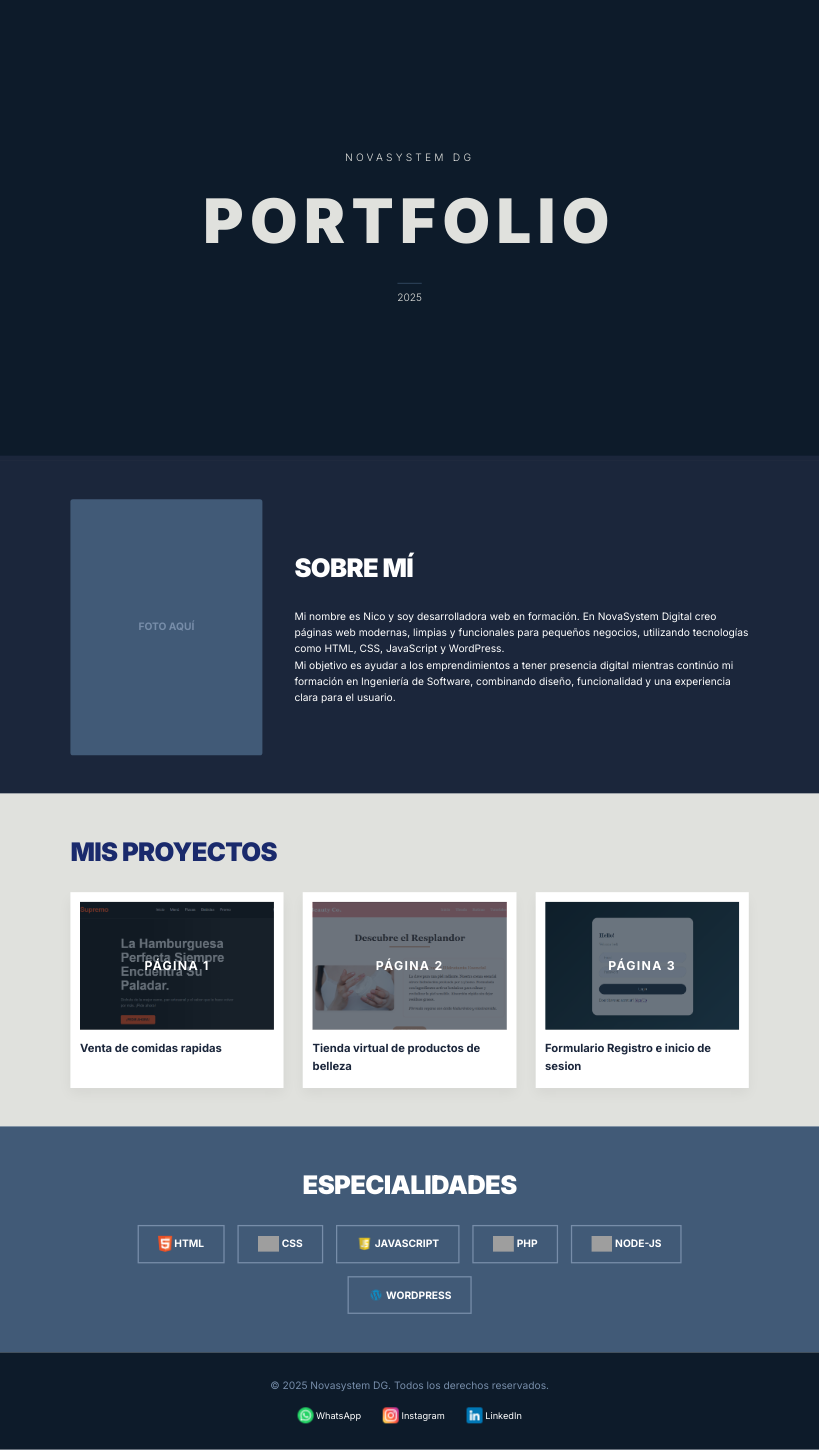
Repository: NovaSystem-DG/Portafolio
Page: index.html
The author's editor kept a copy of each file at every save. The page is drawn from the files as they stood at one save, then again after the next save.
The browser window is 1280 px wide. The pictures show the whole page, at 64% of full size.
Pictures or frames that could not be fetched are drawn as grey boxes.

Above is the page before, as saved 2025-12-20 22:52:16.

### index.html
<!DOCTYPE html>
<html lang="es">

<head>
    <meta charset="UTF-8">
    <meta name="viewport" content="width=device-width, initial-scale=1.0">
    <title>Novasystem DG | Portafolio</title>
    <link rel="stylesheet" href="style.css">
    <link href="https://fonts.googleapis.com/css2?family=Inter:wght@300;400;700;900&display=swap" rel="stylesheet">
</head>

<body>

    <header class="hero-section">
        <div class="header-content">
            <span class="company-name">NOVASYSTEM DG</span>
            <h1>PORTFOLIO</h1>
            <div class="year-range">2025</div>
        </div>
    </header>

    <section class="about-section">
        <div class="container about-flex">
            <div class="photo-placeholder">
                <span>FOTO AQUÍ</span>
            </div>
            <div class="about-text">
                <h2>SOBRE MÍ</h2>
                <p>Mi nombre es Nico y soy desarrolladora web en formación.
                    En NovaSystem Digital creo páginas web modernas, limpias y funcionales para pequeños negocios,
                    utilizando tecnologías como HTML, CSS, JavaScript y WordPress.
                    <br>
                    Mi objetivo es ayudar a los emprendimientos a tener presencia digital mientras continúo mi formación
                    en Ingeniería de Software, combinando diseño, funcionalidad y una experiencia clara para el usuario.
                </p>
            </div>
        </div>
    </section>

    <section class="projects-section">
        <div class="container">
            <h2>MIS PROYECTOS</h2>
            <div class="projects-grid">
                <div class="projects-grid">
                    <a href="https://novasystem-dg.github.io/Restaurante-web/" class="project-card" target="_blank">
                        <div class="project-img-container">
                            <img src="assets/img/Comida.png" alt="Vista previa proyecto 1" class="project-img">
                            <div class="project-overlay">
                                <span>Página 1</span>
                            </div>
                        </div>
                        <h3>Venta de comidas rapidas</h3>
                    </a>

                    <a href="https://novasystem-dg.github.io/tienda-online/" class="project-card" target="_blank">
                        <div class="project-img-container">
                            <img src="assets/img/Belleza.png" alt="Vista previa proyecto 2" class="project-img">
                            <div class="project-overlay">
                                <span>Página 2</span>
                            </div>
                        </div>
                        <h3>Tienda virtual de productos de belleza</h3>
                    </a>

                    <a href="http://formulario-basico.free.nf/?i=1" class="project-card" target="_blank">
                        <div class="project-img-container">
                            <img src="assets/img/Login.png" alt="Vista previa proyecto 3" class="project-img">
                            <div class="project-overlay">
                                <span>Página 3</span>
                            </div>
                        </div>
                        <h3>Formulario Registro e inicio de sesion</h3>
                    </a>
                </div>
            </div>
        </div>
    </section>

    <section class="skills-section">
        <div class="container">
            <h2>ESPECIALIDADES</h2>
            <div class="skills-list">

                <div class="skill-item">
                    <img id="Icon" src="assets/icon/HTML.png" alt="HTML5">
                    <span>HTML</span>
                </div>

                <div class="skill-item">
                    <img id="Icon" src="assets/icon/CSS.png" alt="CSS3">
                    <span>CSS</span>
                </div>

                <div class="skill-item">
                    <img id="Icon" src="assets/icon/JS.png" alt="JavaScript">
                    <span>JAVASCRIPT</span>
                </div>

                <div class="skill-item">
                    <img id="Icon1" src="assets/icon/PHP.png" alt="PHP">
                    <span>PHP</span>
                </div>

                <div class="skill-item">
                    <img id="Icon" src="assets/icon/NODEJS.png" alt="JavaScript">
                    <span>NODE-JS</span>
                </div>

                <div class="skill-item">
                    <img id="Icon" src="assets/icon/WP.png" alt="JavaScript">
                    <span>WORDPRESS</span>
                </div>





            </div>
        </div>
    </section>

    <footer class="main-footer">
    <p>&copy; 2025 Novasystem DG. Todos los derechos reservados.</p>

    <div class="social-links">
        <a href="https://wa.me/3137079734" class="social-item" target="_blank">
            <img id="Icon" src="assets/icon/social.png" alt="WhatsApp">
            <span>WhatsApp</span>
        </a>

        <a href="https://www.instagram.com/novasystemdg?igsh=MW93NnByanByMHRpeA==" class="social-item" target="_blank">
            <img id="Icon" src="assets/icon/instagram.png" alt="Instagram">
            <span>Instagram</span>
        </a>

        <a href="https://www.linkedin.com/in/nichole-andrade-848a2a37b?utm_source=share&utm_campaign=share_via&utm_content=profile&utm_medium=android_app" class="social-item" target="_blank">
            <img id="Icon" src="assets/icon/linkedin.png" alt="LinkedIn">
            <span>LinkedIn</span>
        </a>
    </div>
</footer>
</body>

</html>

### style.css
/* Configuración General */
* {
    margin: 0;
    padding: 0;
    box-sizing: border-box;
    font-family: 'Inter', sans-serif;
}

body {
    background-color: #f0f4f8;
    color: #1a2a6c;
    line-height: 1.6;
}

.container {
    max-width: 1100px;
    margin: 0 auto;
    padding: 60px 20px;
}

h2 {
    font-size: 2.5rem;
    font-weight: 900;
    margin-bottom: 30px;
    letter-spacing: -1px;
}

/* Sección 1: Hero Header (Azul Muy Oscuro) */
.hero-section {
    height: 100vh;
    background-color: #0d1b2a;
    color: #e0e1dd;
    display: flex;
    align-items: center;
    justify-content: center;
    text-align: center;
    border-bottom: 8px solid #1b263b;
}

.company-name {
    font-weight: 300;
    letter-spacing: 5px;
    display: block;
    margin-bottom: 10px;
}

.hero-section h1 {
    font-size: 6rem;
    font-weight: 900;
    letter-spacing: 10px;
    margin: 0;
}

.year-range {
    margin-top: 20px;
    font-weight: 300;
    border-top: 1px solid #415a77;
    padding-top: 10px;
    display: inline-block;
}

/* Sección 2: Sobre Mí (Azul Medio) */
.about-section {
    background-color: #1b263b;
    color: #ffffff;
}

.about-flex {
    display: flex;
    align-items: center;
    gap: 50px;
    flex-wrap: wrap;
}

.photo-placeholder {
    width: 300px;
    height: 400px;
    background-color: #415a77;
    display: flex;
    align-items: center;
    justify-content: center;
    border-radius: 4px;
    font-weight: bold;
    color: #778da9;
}

.about-text {
    flex: 1;
    min-width: 300px;
}

/* Sección 3: Proyectos (Azul Claro / Grisáceo) */
.projects-section {
    background-color: #e0e1dd;
}

.projects-grid {
    display: grid;
    grid-template-columns: repeat(auto-fit, minmax(280px, 1fr));
    gap: 30px;
}

/* Ajuste para que el enlace no tenga subrayado y use los colores correctos */
.project-card {
    text-decoration: none;
    color: inherit;
    display: block;
    background: #fff;
    padding: 15px;
    box-shadow: 0 10px 20px rgba(0,0,0,0.05);
    transition: transform 0.3s ease;
}

.project-card:hover {
    transform: translateY(-10px);
}

/* Contenedor de la imagen para poder poner texto encima */
.project-img-container {
    position: relative;
    width: 100%;
    height: 200px;
    overflow: hidden;
    margin-bottom: 15px;
    background-color: #778da9;
}

.project-img {
    width: 100%;
    height: 100%;
    object-fit: cover; /* Esto hace que la imagen llene el espacio sin deformarse */
    display: block;
}

/* Capa oscura con el texto "Página X" */
.project-overlay {
    position: absolute;
    top: 0;
    left: 0;
    width: 100%;
    height: 100%;
    background: rgba(13, 27, 42, 0.6); /* Azul oscuro semitransparente */
    display: flex;
    align-items: center;
    justify-content: center;
    opacity: 1; /* Puedes ponerlo en 0 y cambiarlo a 1 en hover si quieres que aparezca solo al pasar el mouse */
    transition: background 0.3s ease;
}

.project-overlay span {
    color: white;
    font-weight: bold;
    font-size: 1.2rem;
    letter-spacing: 2px;
    text-transform: uppercase;
}

.project-card h3 {
    font-size: 1.1rem;
    margin: 5px 0;
    color: #1b263b;
}

/* Sección 4: Skills (Azul Eléctrico) */
.skills-section {
    background-color: #415a77;
    color: white;
    text-align: center;
}

.skills-list {
    display: flex;
    justify-content: center;
    gap: 20px;
    flex-wrap: wrap;
}

.skill-item {
    padding: 15px 30px;
    border: 2px solid #778da9;
    font-weight: bold;
    transition: 0.3s;
}

.skill-item:hover {
    background-color: #778da9;
}

/* Footer (Negro Azulado) */
.main-footer {
    background-color: #0d1b2a;
    color: #778da9;
    padding: 40px 20px;
    text-align: center;
}

.social-links {
    margin-top: 20px;
}

.social-links a {
    color: white;
    text-decoration: none;
    margin: 0 15px;
    font-size: 0.9rem;
}

#Icon{
    margin-bottom:-7px;
    height: 25px;
    width: auto;
}

#Icon1{
    margin-bottom: -7px;
    height: 25px;
    width: auto;
}

After the next save:
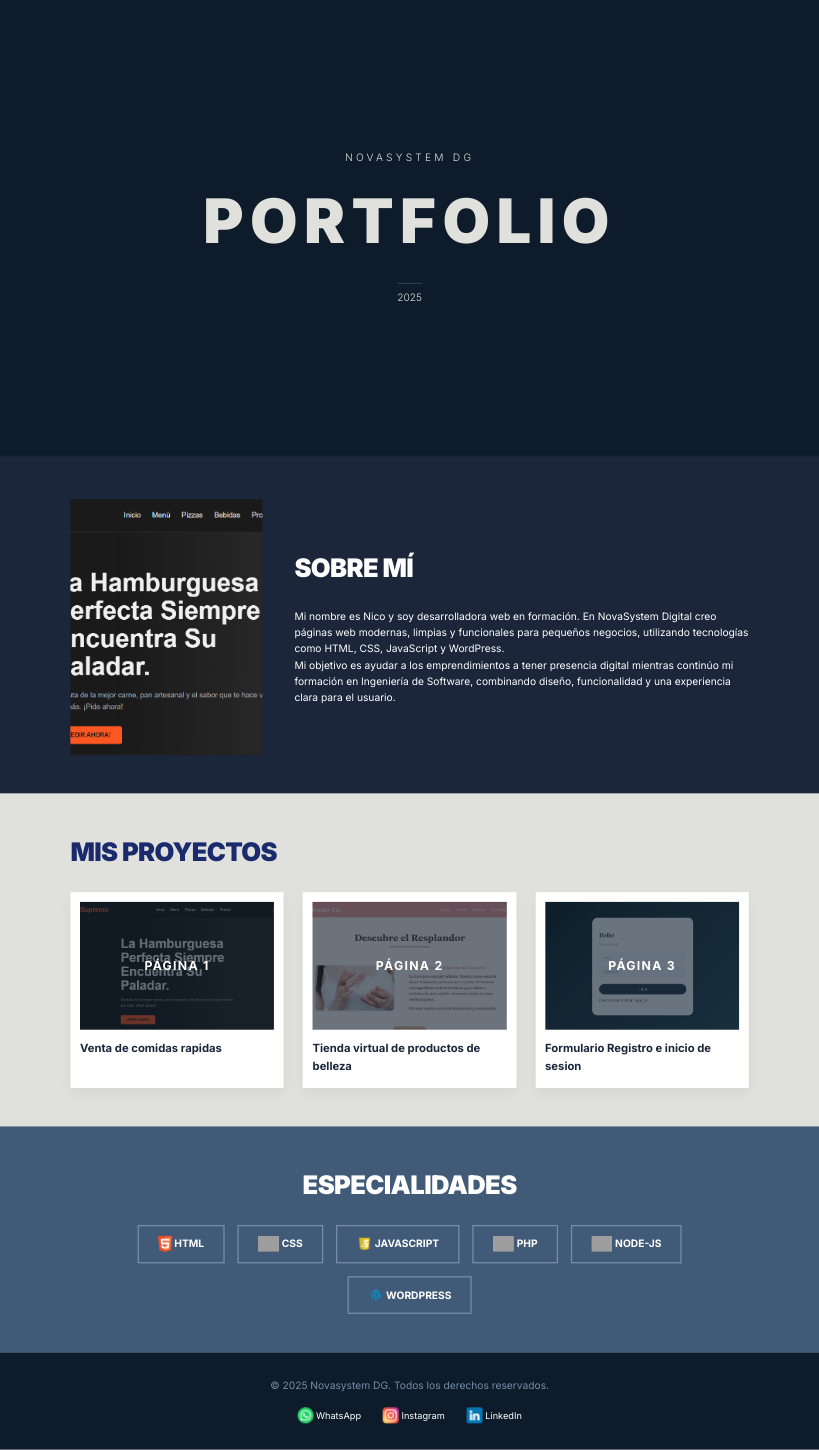
Saved 19 days later.
--- a/index.html
+++ b/index.html
@@ -22,7 +22,7 @@
     <section class="about-section">
         <div class="container about-flex">
             <div class="photo-placeholder">
-                <span>FOTO AQUÍ</span>
+                 <img src="assets/img/Comida.png" alt="Vista previa proyecto 1" class="project-img">
             </div>
             <div class="about-text">
                 <h2>SOBRE MÍ</h2>
